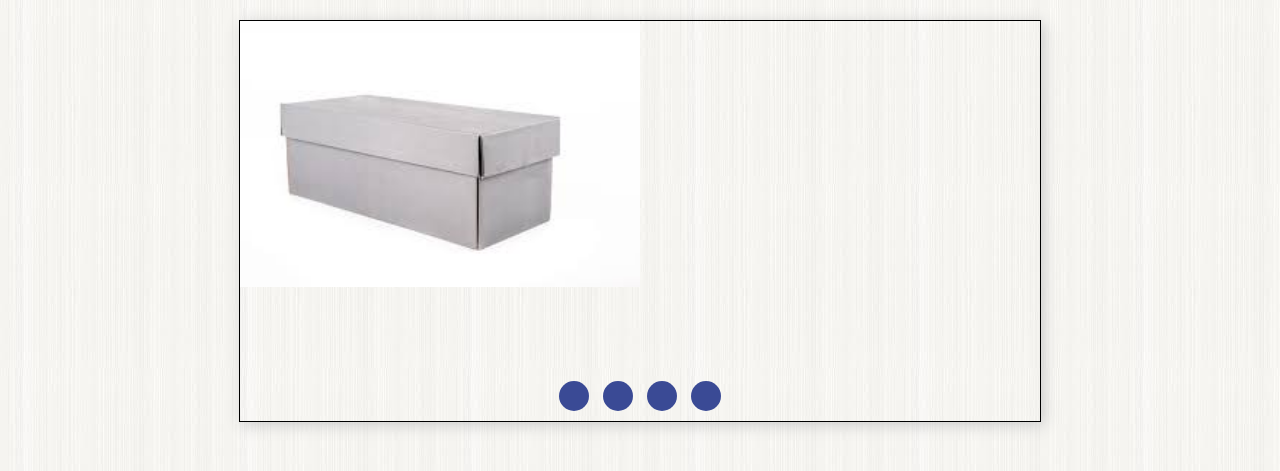
Repository: lauroPereira/study
Page: http://localhost/modules/home/home.php
An editor plug-in stored every save of this project. The page is shown before and after the next save, followed by the edit.
The browser window is 1280 px wide. The pictures show the whole page.
The page is run by PHP 8.4 with error messages shown; the project is at /var/www/html/.

Above is the page before, as saved 2016-06-14 05:06:51.

After the next save:
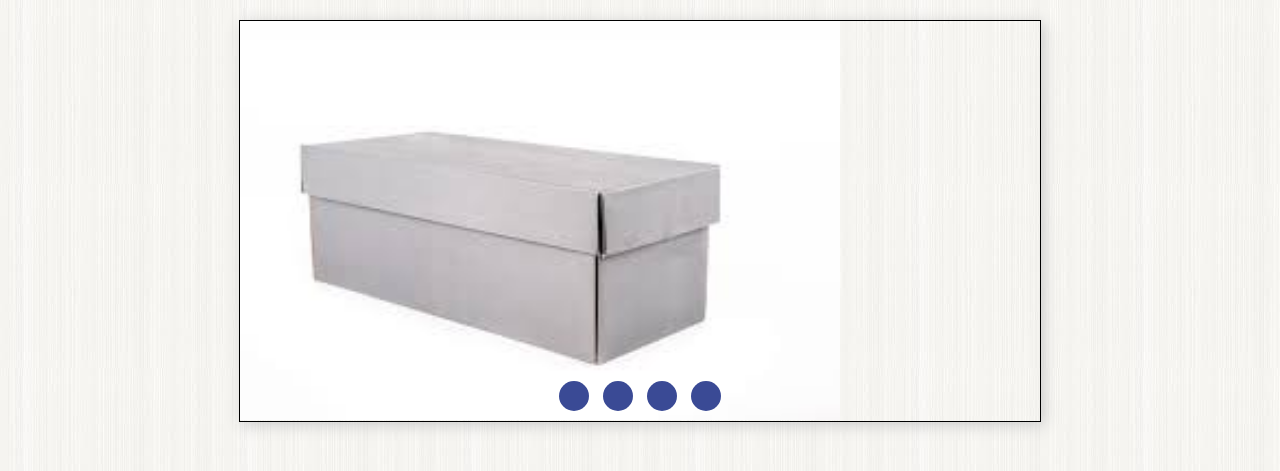
Saved 7 s later.
--- a/TrabalhoFinalWeb/css/home.css
+++ b/TrabalhoFinalWeb/css/home.css
@@ -9,7 +9,7 @@
 	vertical-align: bottom;
 	background-image: url("../../img/promo1.jpg");
 	background-repeat: no-repeat;
-	background-size: 400px;
+	background-size: 600px;
 }
 
 #carousel div{
